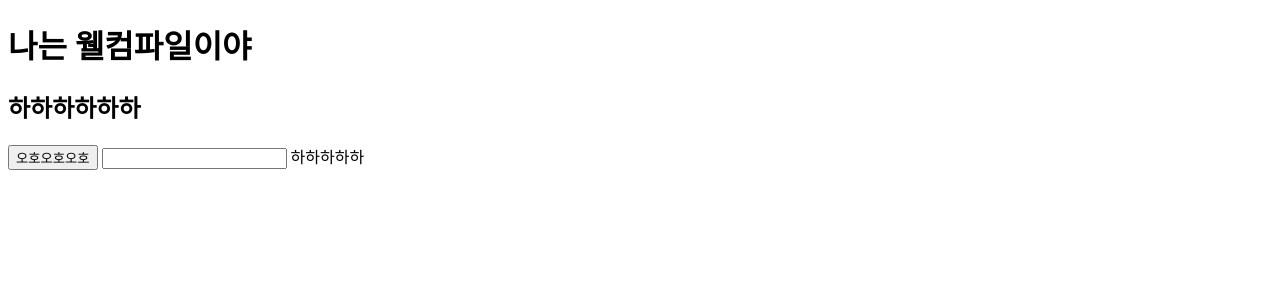
Repository: dongja86/spring
Page: http://localhost/springProject/
An editor plug-in stored every save of this project. The page is shown before and after the next save, followed by the edit.
The browser window is 1280 px wide. The pictures show the whole page.
The page is served by Tomcat 9.

Above is the page before, as saved 2024-04-16 00:44:05.

After the next save:
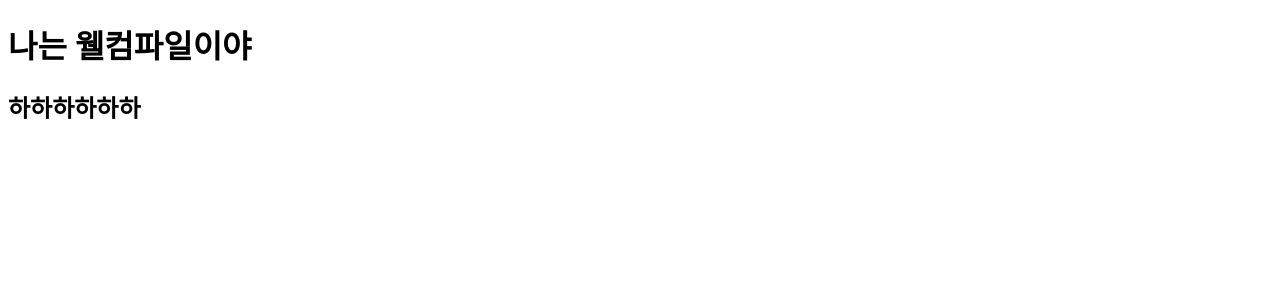
Saved 14 s later.
--- a/springProject/src/main/webapp/index.jsp
+++ b/springProject/src/main/webapp/index.jsp
@@ -12,8 +12,5 @@
 
 		<h2> 하하하하하하 </h2>
 
-		<button> 오호오호오호 </button>
-
-		<input> 하하하하하
 </body>
 </html>
